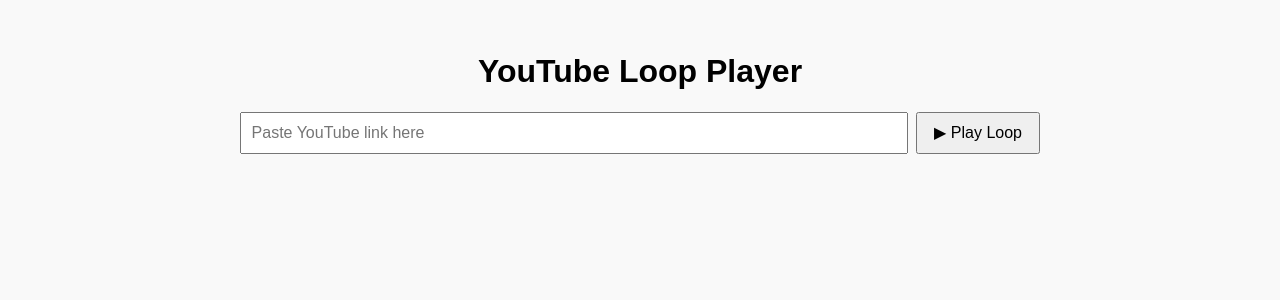
Repository: woojooin/youtubeloop
Page: index.html
An editor plug-in stored every save of this project. The page is shown before and after the next save, followed by the edit.
The browser window is 1280 px wide. The pictures show the whole page.

Above is the page before, as saved 2025-07-07 15:21:11.

After the next save:
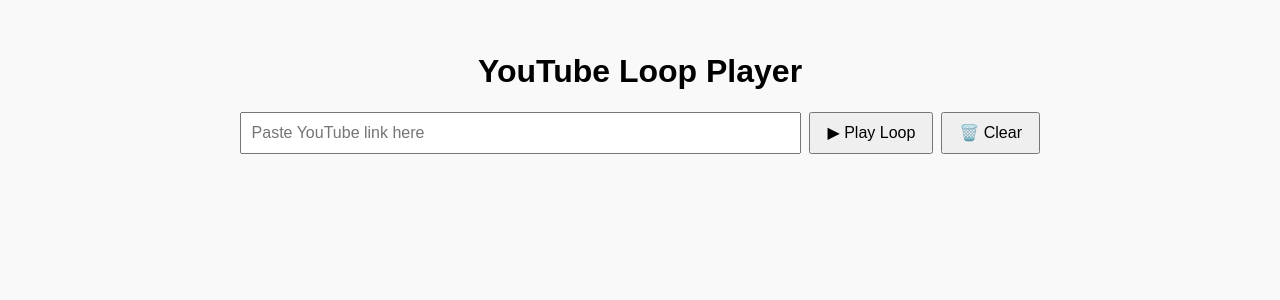
Saved 11 min 38 s later.
--- a/index.html
+++ b/index.html
@@ -55,6 +55,7 @@
     <div class="input-row">
       <input type="text" id="ytUrl" placeholder="Paste YouTube link here" onkeypress="handleEnter(event)" />
       <button onclick="handleLoop()">▶ Play Loop</button>
+      <button onclick="clearInput()">🗑️ Clear</button>
     </div>
 
     <div id="playerContainer"></div>
@@ -227,6 +228,10 @@
       }
     }
 
+    function clearInput() {
+      document.getElementById('ytUrl').value = '';
+    }
+
     window.onload = () => {
       const paramUrl = new URLSearchParams(window.location.search).get('url');
       if (paramUrl) {
